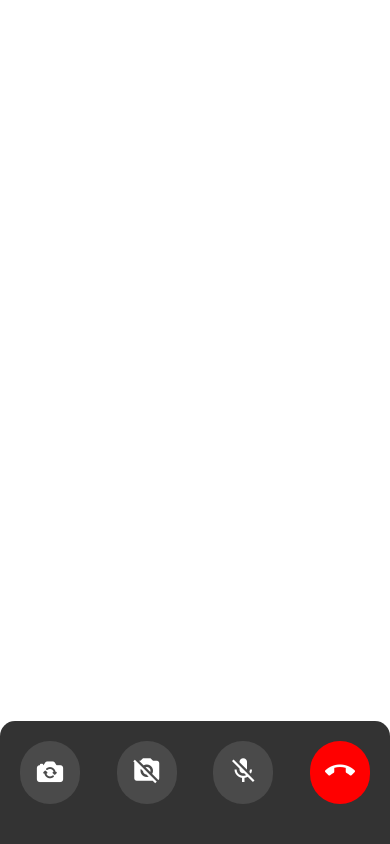
Repository: JennaFi/VideoCallApp
Screen: /Contacts
These files come from the project's save history. The screen is drawn as it stood at one moment and after the next save; the edit follows.
The app was drawn by React Native's web renderer in a window 390 px wide. The project was rebuilt for these pictures with package versions that can differ from the ones it lists, and the page was loaded fresh each time.

Above is the screen before, as saved 2022-01-13 00:27:05.

### App.js
/**
 * Sample React Native App
 * https://github.com/facebook/react-native
 *
 * @format
 * @flow strict-local
 */


import React from 'react'
import { StatusBar } from 'react-native'
import CallScreen from './src/screens/CallScreen'
// import CallingScreen from './src/screens/CallingScreen/index';
// import IncomingCallScreen from './src/screens/IncomingCallScreen'




const App = () => {


  return (
    < >
      <StatusBar barStyle={'dark-content'} />

      {/* <ContactsScreen /> */}
      {/* <CallingScreen /> */}
      {/* <IncomingCallScreen /> */}
      <CallScreen />

    </>
  )
}



export default App

### src/screens/CallScreen/index.js
import React from 'react'
import { StyleSheet, View } from 'react-native'
import CallActionBox from '../../components/CallActionBox'

const CallScreen = () => {
  return (
    <>
      <View style={styles.cameraPreview}>

      </View>



      <CallActionBox />
    </>
  )
}


const styles = StyleSheet.create({
  cameraPreview: {
    flex: 1,
    alignItems: 'center',
    paddingTop: 10,
    paddingHorizontal: 10
  },
})
export default CallScreen

### src/components/CallActionBox/index.js
import React from 'react'
import { StyleSheet, View } from 'react-native'
import Ionicons from 'react-native-vector-icons/Ionicons'
import MaterialIcons from 'react-native-vector-icons/MaterialCommunityIcons'


const CallActionBox = () => {
  return (
    <View>
      <View style={styles.buttonsContainer}>
        <View style={styles.iconButton}>
          <Ionicons name='ios-camera-reverse' size={30} color={'white'} />
        </View>

        <View style={styles.iconButton}>
          <MaterialIcons name='camera-off' size={30} color={'white'} />
        </View>

        <View style={styles.iconButton}>
          <MaterialIcons name='microphone-off' size={30} color={'white'} />
        </View>

        <View style={[styles.iconButton, {backgroundColor: 'red'}]}>
          <MaterialIcons name='phone-hangup' size={30} color={'white'} />
        </View>

      </View>

    </View>
  )
}


const styles = StyleSheet.create({
  buttonsContainer: {
    flexDirection: 'row',
    backgroundColor: '#333333',
    padding: 20,
    paddingBottom: 40,
    borderTopLeftRadius: 15,
    borderTopRightRadius: 15,
    justifyContent: 'space-between'


  },
  iconButton: {
    backgroundColor: '#4a4a4a',
    padding: 15,
    borderRadius: 50
  }
})


export default CallActionBox

After the next save:
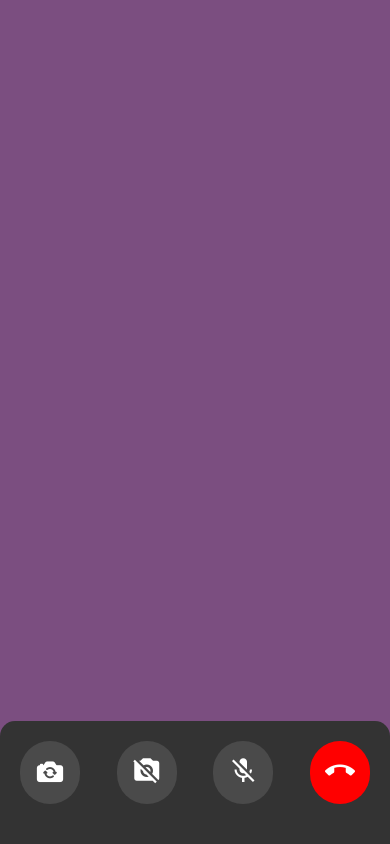
Saved 2 min 0 s later.
--- a/src/screens/CallScreen/index.js
+++ b/src/screens/CallScreen/index.js
@@ -4,7 +4,7 @@ import CallActionBox from '../../components/CallActionBox'
 
 const CallScreen = () => {
   return (
-    <>
+    <View style={styles.page}>
       <View style={styles.cameraPreview}>
 
       </View>
@@ -12,12 +12,16 @@ const CallScreen = () => {
 
 
       <CallActionBox />
-    </>
+    </View>
   )
 }
 
 
 const styles = StyleSheet.create({
+  page: {
+    flex: 1,
+    backgroundColor: '#7b4e80'
+  },
   cameraPreview: {
     flex: 1,
     alignItems: 'center',
